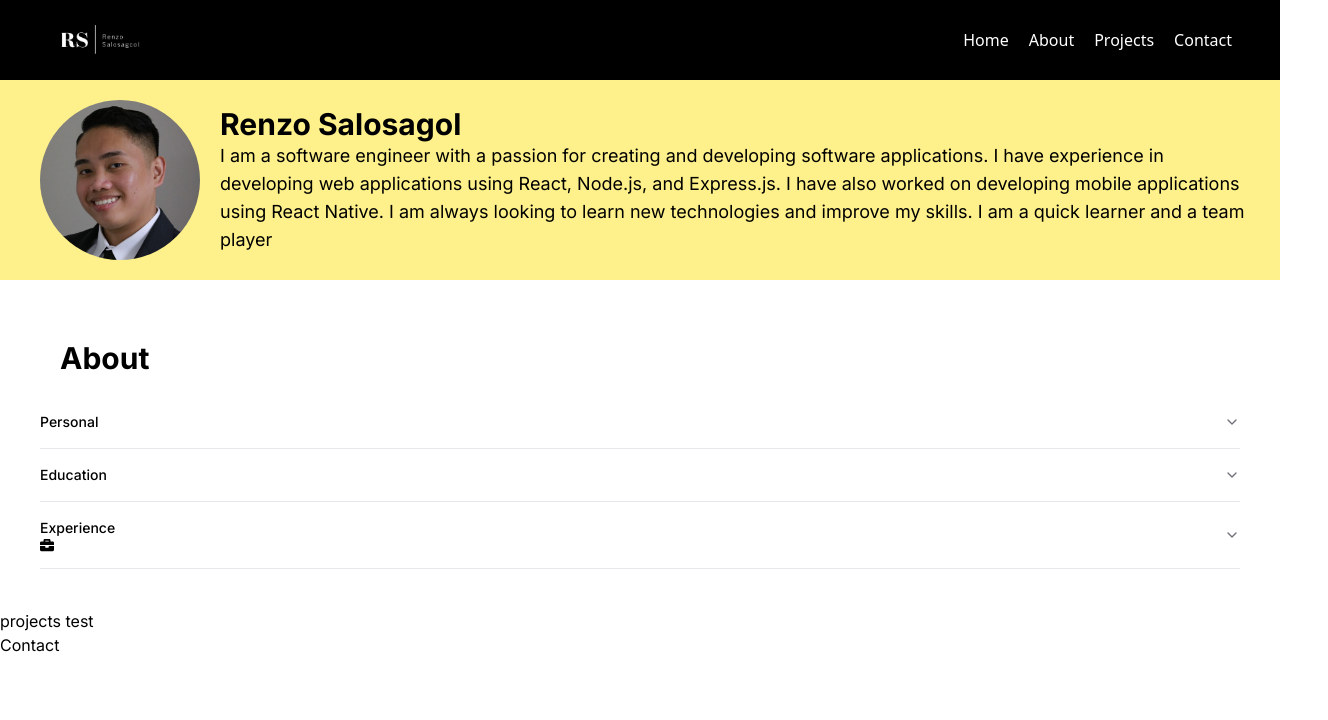
Repository: Renzo-Salosagcol/Portfolio-Website
Page: / (app in resume_website/)
An editor plug-in stored every save of this project. The page is shown before and after the next save, followed by the edit.
The browser window is 1280 px wide. The page is 1280 px wide, then 1328 px, so the pictures cover 1328 px, including what lies to the right of the window. The pictures show the whole page.
The project was rebuilt for these pictures with package versions that can differ from the ones it lists, and the page was loaded fresh each time. Also part of the build but not shown: resume_website/vite.config.js.

Above is the page before, as saved 2024-12-11 09:25:54.

After the next save:
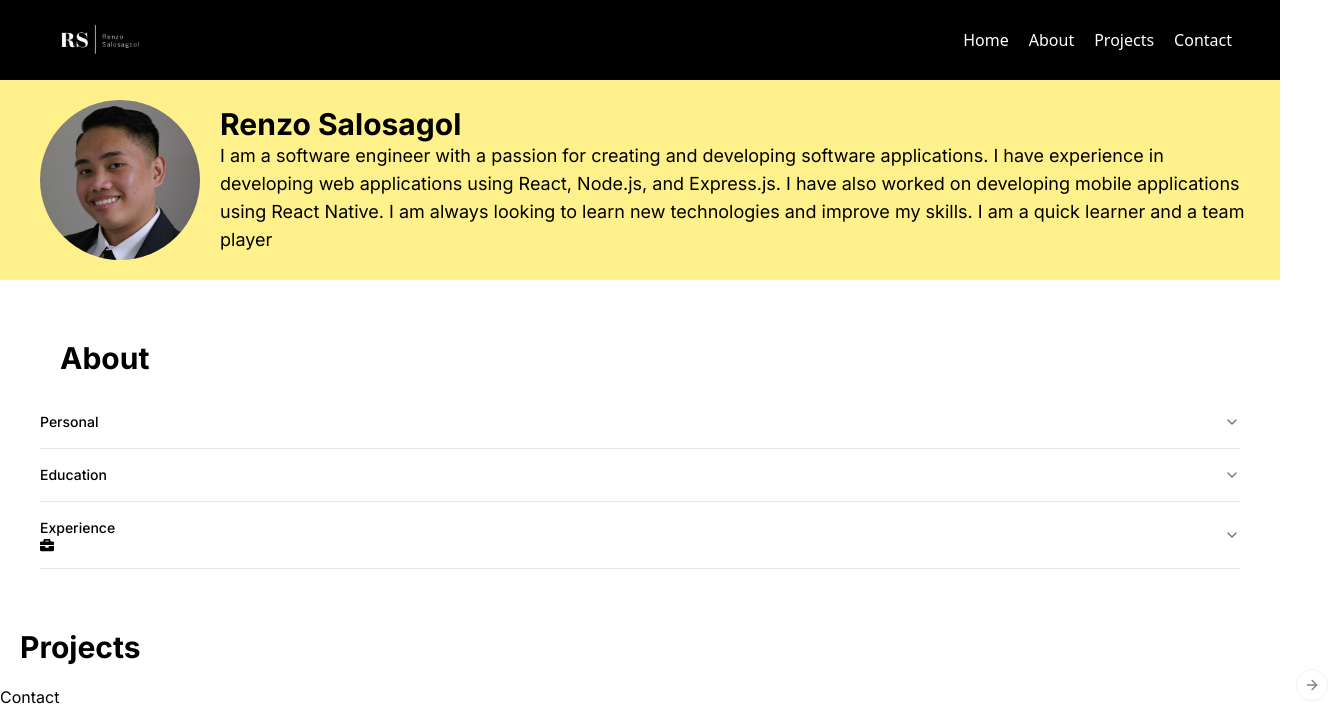
Saved 109 s later.
--- a/resume_website/src/components/projects.jsx
+++ b/resume_website/src/components/projects.jsx
@@ -10,7 +10,14 @@ import {
 const Projects = () => {
   return (
     <div>
-      projects test
+      <h1 className="text-3xl font-bold p-5">Projects</h1>
+      <Carousel>
+        <CarouselContent>
+
+        </CarouselContent>
+        <CarouselPrevious>Previous</CarouselPrevious>
+        <CarouselNext>Next</CarouselNext>
+      </Carousel>
     </div>
   );
 }
